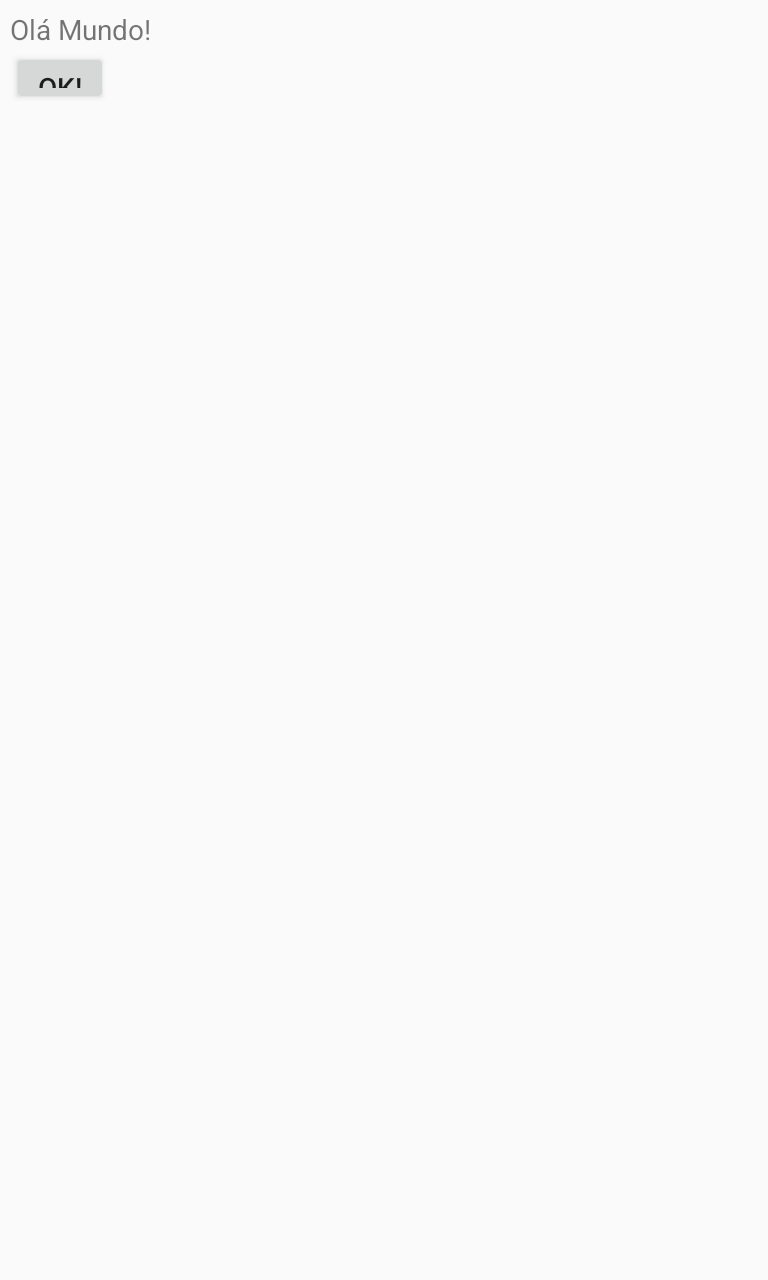
Repository: KaioWeb1/app-minhaCidade
Layout: OlaMundo/res/layout/principal.xml
An editor plug-in stored every save of this project. The layout is shown before and after the next save, followed by the edit.
It is drawn on a 768 x 1280 px phone screen (xhdpi) without system bars, with theme AppTheme; the app's code is not run.

Above is the layout before, as saved 2014-09-05 14:49:59.

After the next save:
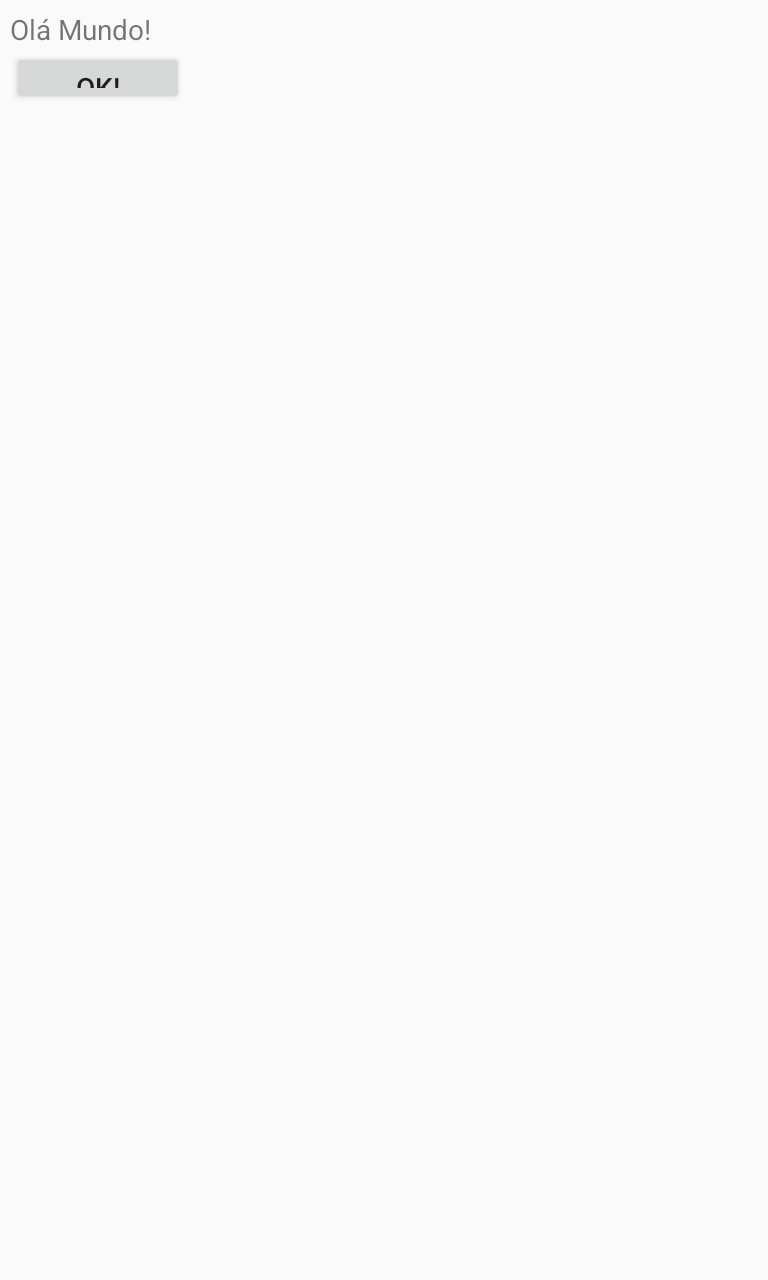
Saved 12 s later.
--- a/OlaMundo/res/layout/principal.xml
+++ b/OlaMundo/res/layout/principal.xml
@@ -12,7 +12,7 @@
         android:text="@string/hello_world" />
 
     <Button
-        android:layout_width="50dp"
+        android:layout_width="wrap_content"
         android:layout_height="30dp"
         android:text="OK!"
         />
